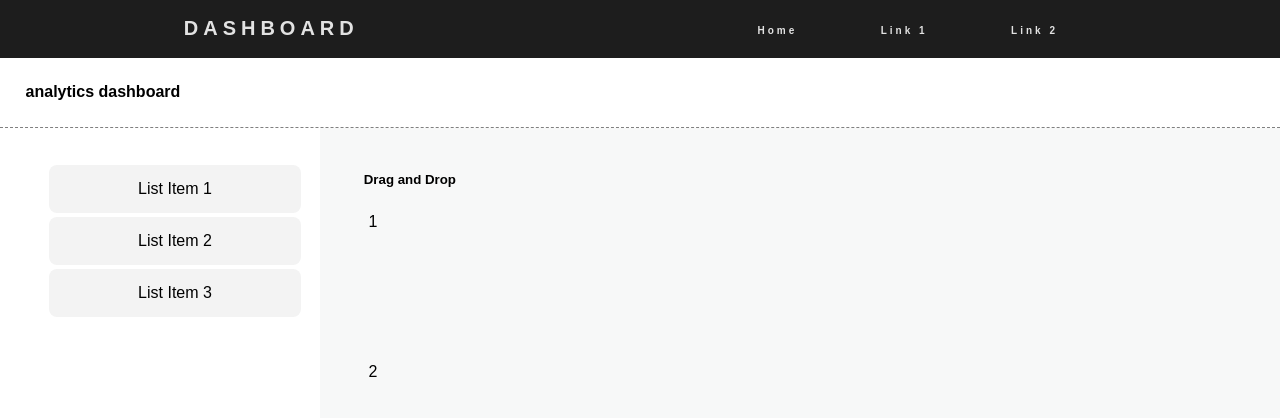
Repository: nourabdelhakam/drag-drop
Page: index.html
These files come from the project's save history. The page is drawn as it stood at one moment and after the next save; the edit follows.
The browser window is 1280 px wide. The pictures show the whole page.

Above is the page before, as saved 2020-07-03 09:35:35.

After the next save:
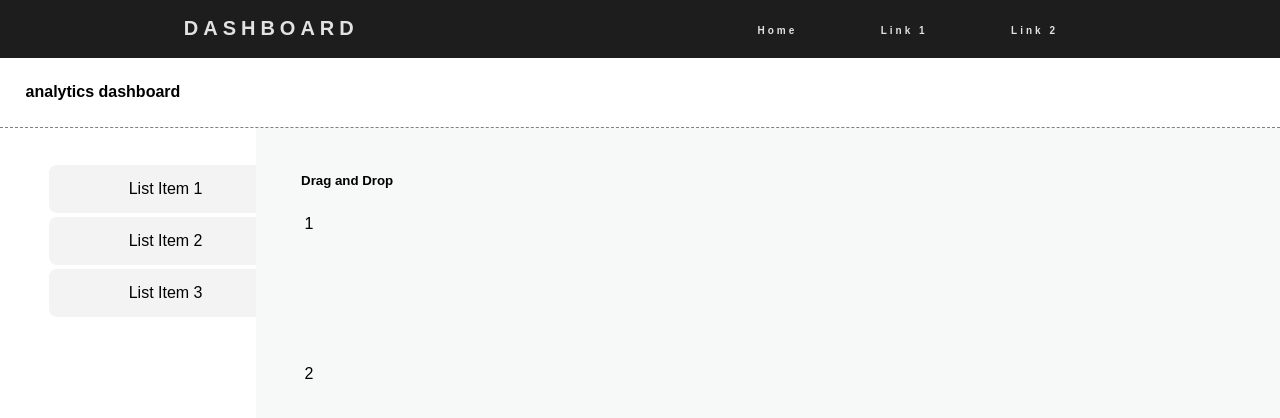
Saved 96 s later.
--- a/css/main.css
+++ b/css/main.css
@@ -13,13 +13,13 @@ h4, h5 {
     border-top: 1px dashed gray;
 }
 .left {
-    width: 25%;
+    width: 20%;
     height: 100%;
     float: left;
     padding: 2%;
 }
 .right {
-    width: 75%;
+    width: 80%;
     height: 100%;
     float: left;
     padding: 2%;

After the save that followed:
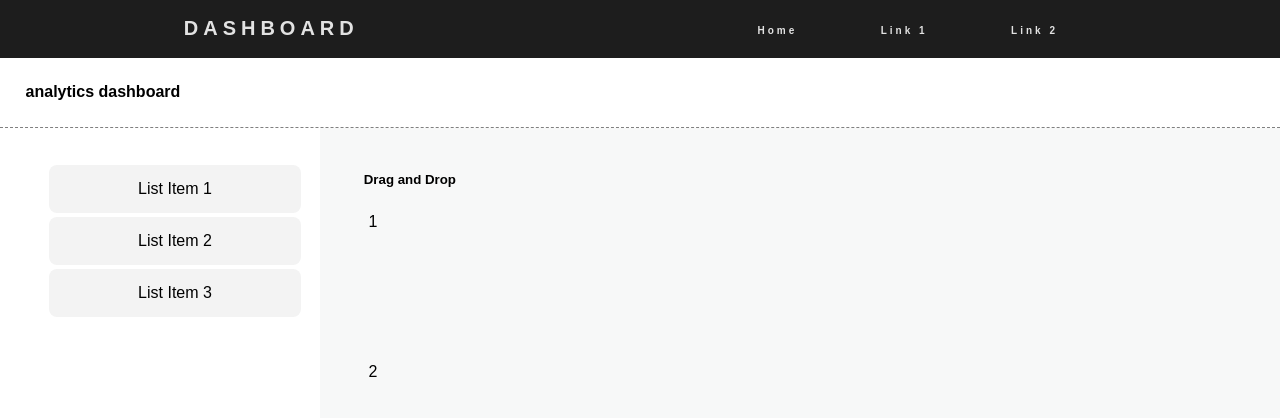
Saved 28 s later.
--- a/css/main.css
+++ b/css/main.css
@@ -13,13 +13,13 @@ h4, h5 {
     border-top: 1px dashed gray;
 }
 .left {
-    width: 20%;
+    width: 25%;
     height: 100%;
     float: left;
     padding: 2%;
 }
 .right {
-    width: 80%;
+    width: 75%;
     height: 100%;
     float: left;
     padding: 2%;
